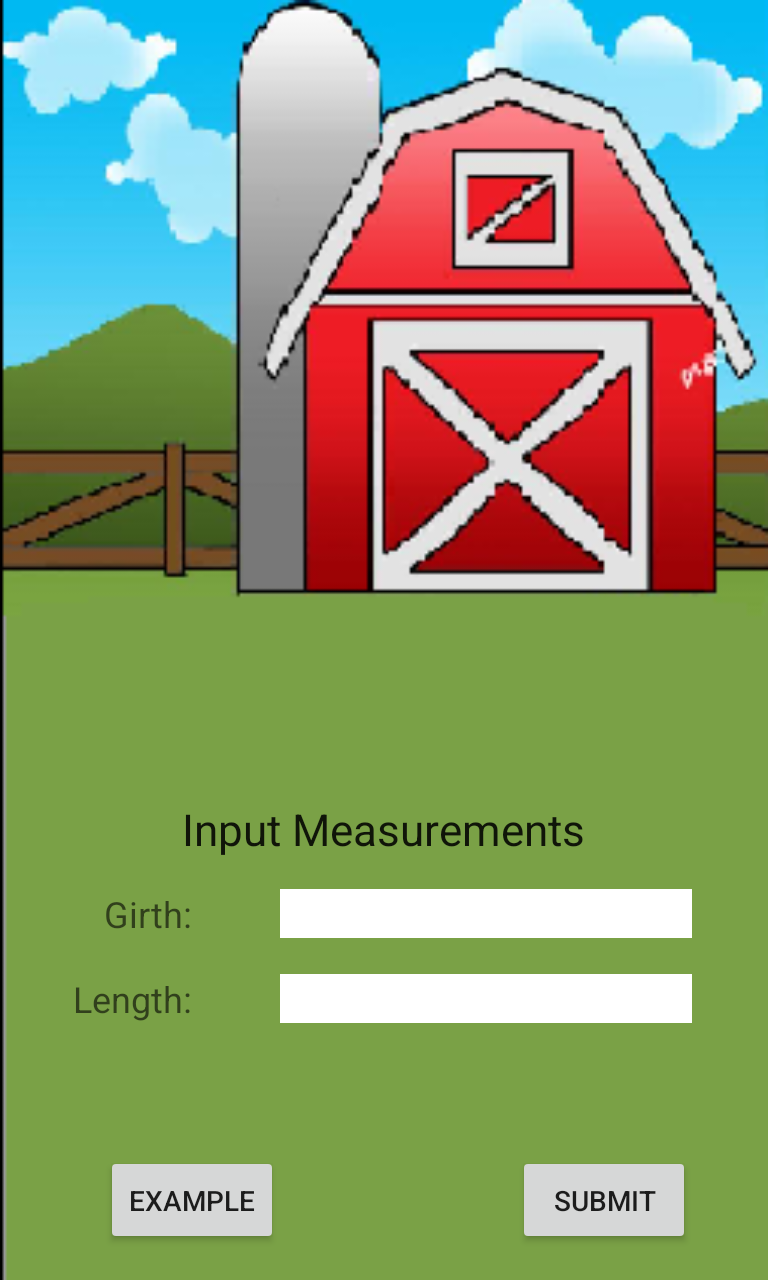
Repository: jdmielke/AnimalApp
Layout: AWEA/res/layout/activity_measurement.xml
The author's editor kept a copy of each file at every save. The layout is drawn from the files as they stood at one save, then again after the next save.
It is drawn on a 768 x 1280 px phone screen (xhdpi) without system bars, with theme AppTheme; the app's code is not run.

Above is the layout before, as saved 2014-10-16 03:14:00.

### AWEA/res/layout/activity_measurement.xml
<?xml version="1.0" encoding="utf-8"?>
<RelativeLayout xmlns:android="http://schemas.android.com/apk/res/android"
    xmlns:tools="http://schemas.android.com/tools"
    android:layout_width="match_parent"
    android:layout_height="match_parent"
    android:background="@drawable/app_background"
    android:paddingBottom="@dimen/activity_vertical_margin"
    android:paddingLeft="@dimen/activity_horizontal_margin"
    android:paddingRight="@dimen/activity_horizontal_margin"
    android:paddingTop="@dimen/activity_vertical_margin"
    tools:context=".MeasurementActivity" >

    <TextView
        android:id="@+id/textView1"
        android:layout_width="wrap_content"
        android:layout_height="wrap_content"
        android:layout_alignParentBottom="true"
        android:layout_centerHorizontal="true"
        android:layout_marginBottom="195dp"
        android:text="Input Measurements"
        android:textAppearance="?android:attr/textAppearanceLarge" />

    <TextView
        android:id="@+id/textView2"
        android:layout_width="wrap_content"
        android:layout_height="wrap_content"
        android:layout_alignParentLeft="true"
        android:layout_alignTop="@+id/textView1"
        android:layout_marginLeft="36dp"
        android:layout_marginTop="45dp"
        android:text="Girth:"
        android:textAppearance="?android:attr/textAppearanceMedium" />

    <TextView
        android:id="@+id/textView3"
        android:layout_width="wrap_content"
        android:layout_height="wrap_content"
        android:layout_alignRight="@+id/textView2"
        android:layout_below="@+id/textView2"
        android:layout_marginTop="18dp"
        android:text="Length:"
        android:textAppearance="?android:attr/textAppearanceMedium" />

    <Button
        android:id="@+id/button1"
        android:layout_width="wrap_content"
        android:layout_height="wrap_content"
        android:layout_alignParentBottom="true"
        android:layout_alignParentRight="true"
        android:layout_marginRight="22dp"
        android:text="Submit" />

    <Button
        android:id="@+id/button2"
        android:layout_width="wrap_content"
        android:layout_height="wrap_content"
        android:layout_alignBaseline="@+id/button1"
        android:layout_alignBottom="@+id/button1"
        android:layout_alignParentLeft="true"
        android:layout_marginLeft="36dp"
        android:text="Example" />

    <EditText
        android:id="@+id/editText2"
        android:layout_width="wrap_content"
        android:layout_height="wrap_content"
        android:layout_alignRight="@+id/editText1"
        android:layout_alignTop="@+id/textView3"
        android:layout_toRightOf="@+id/button2"
        android:background="#ffffff"
        android:digits="1234567890"
        android:ems="10"
        android:inputType="number|phone"
        android:singleLine="true" />

    <EditText
        android:id="@+id/editText1"
        android:layout_width="wrap_content"
        android:layout_height="wrap_content"
        android:layout_alignRight="@+id/button1"
        android:layout_alignTop="@+id/textView2"
        android:layout_toRightOf="@+id/button2"
        android:background="#ffffff"
        android:digits="1234567890"
        android:ems="10"
        android:inputType="number|phone"
        android:singleLine="true" />

</RelativeLayout>

Loaded but not shown: AWEA/res/values/styles.xml (common file); AWEA/res/values-v11/styles.xml (common file); AWEA/res/values-v14/styles.xml (common file); AWEA/res/values/dimens.xml (common file); AWEA/res/values-w820dp/dimens.xml (common file)

After the next save:
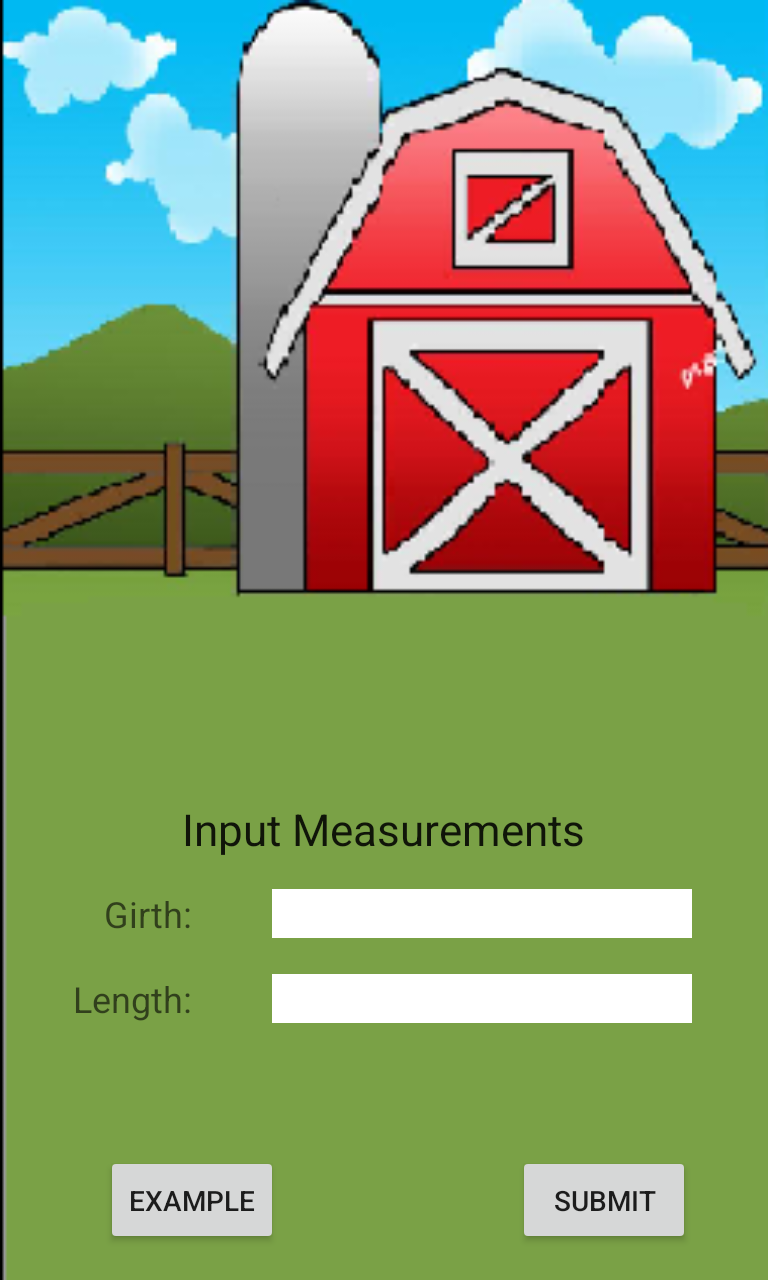
Saved 88 s later.
--- a/AWEA/res/layout/activity_measurement.xml
+++ b/AWEA/res/layout/activity_measurement.xml
@@ -51,7 +51,7 @@
         android:text="Submit" />
 
     <Button
-        android:id="@+id/button2"
+        android:id="@+id/goToMain"
         android:layout_width="wrap_content"
         android:layout_height="wrap_content"
         android:layout_alignBaseline="@+id/button1"

After the save that followed:
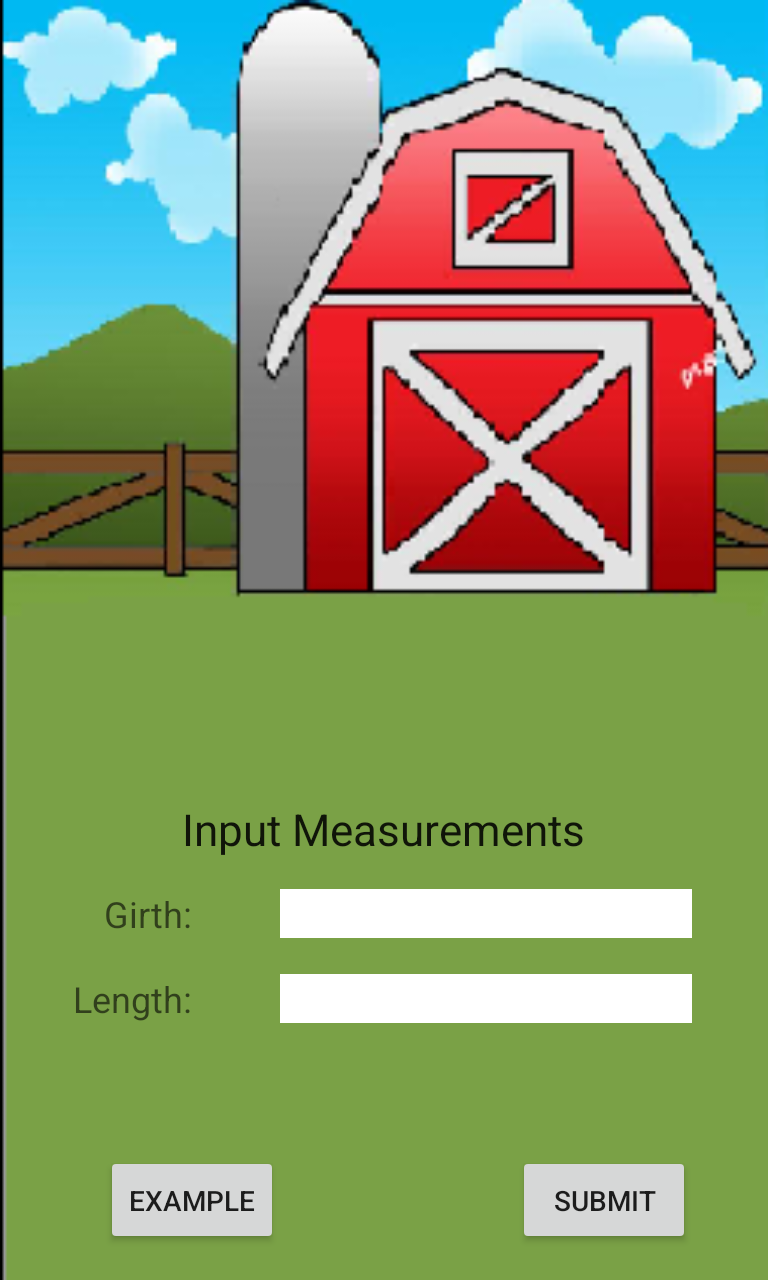
Saved 107 s later.
--- a/AWEA/res/layout/activity_measurement.xml
+++ b/AWEA/res/layout/activity_measurement.xml
@@ -64,9 +64,9 @@
         android:id="@+id/editText2"
         android:layout_width="wrap_content"
         android:layout_height="wrap_content"
+        android:layout_alignLeft="@+id/editText1"
         android:layout_alignRight="@+id/editText1"
         android:layout_alignTop="@+id/textView3"
-        android:layout_toRightOf="@+id/button2"
         android:background="#ffffff"
         android:digits="1234567890"
         android:ems="10"
@@ -79,7 +79,7 @@
         android:layout_height="wrap_content"
         android:layout_alignRight="@+id/button1"
         android:layout_alignTop="@+id/textView2"
-        android:layout_toRightOf="@+id/button2"
+        android:layout_toRightOf="@+id/goToMain"
         android:background="#ffffff"
         android:digits="1234567890"
         android:ems="10"
